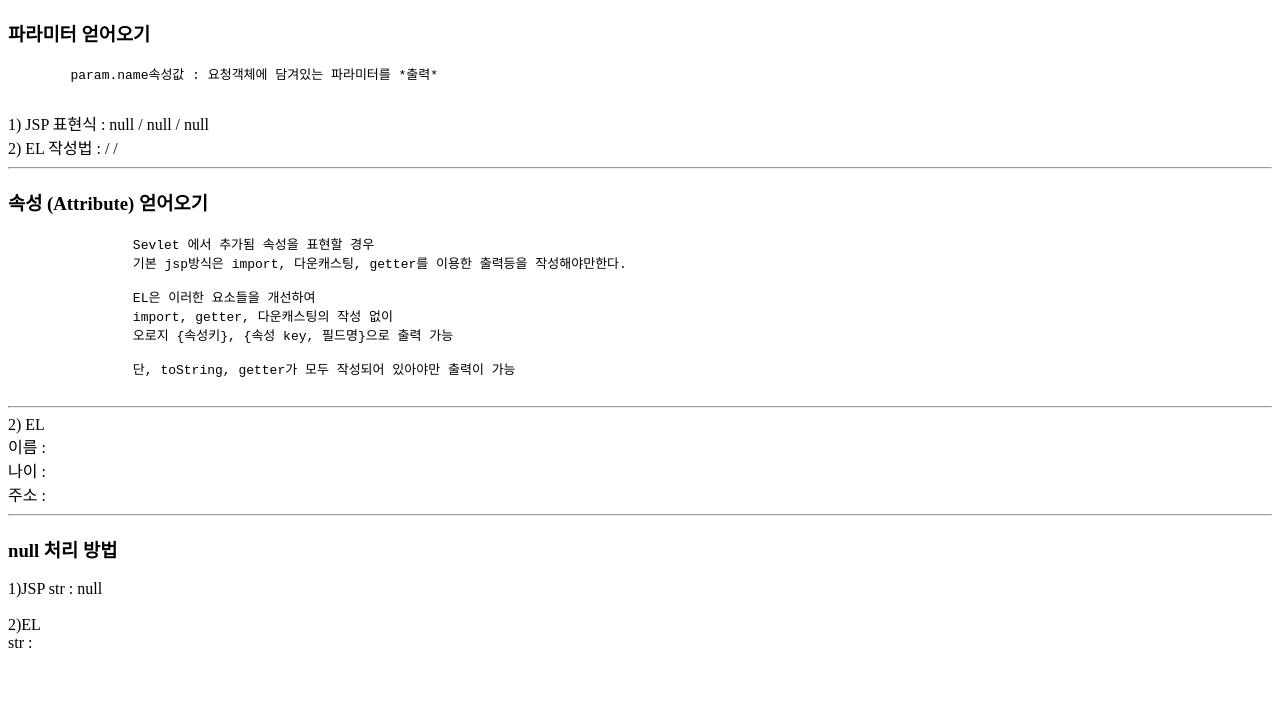
Repository: Seenee-Shin/servlet-jsp
Page: http://localhost/JSPProject/WEB-INF/views/EL/result.jsp
An editor plug-in stored every save of this project. The page is shown before and after the next save, followed by the edit.
The browser window is 1280 px wide. The pictures show the whole page.
The page is served by Tomcat 9. Nobody is signed in. Other server files are loaded and not shown. The template is opened directly, without the code that normally fills it, so the values that code supplies are empty.

Above is the page before, as saved 2021-11-29 07:06:21.

### JSPProject/src/main/webapp/WEB-INF/views/EL/result.jsp
<%@ page language="java" contentType="text/html; charset=UTF-8"
    pageEncoding="UTF-8"%>
 <!-- 페이지 지시자 -->
<%-- <%@page import="edu.kh.jsp.model.vo.Person"%> --%>
<!DOCTYPE html>
<html>
<head>
<meta charset="UTF-8">
<title>EL Result</title>
</head>
<body>
	<h3>파라미터 얻어오기 </h3>

	<pre>
	param.name속성값 : 요청객체에 담겨있는 파라미터를 *출력*
	</pre>

	1) JSP 표현식 :
	<%= request.getParameter("inputName") %> /
	<%= request.getParameter("inputAge") %> /
	<%= request.getParameter("inputAddr") %> <br>
	2) EL 작성법 :
	${param.inputName}/ ${param.inputAge} / ${param.inputAddr}

	<hr>

	<h3>속성 (Attribute) 얻어오기</h3>
	<pre>
		Sevlet 에서 추가됨 속성을 표현할 경우
		기본 jsp방식은 import, 다운캐스팅, getter를 이용한 출력등을 작성해야만한다.

		EL은 이러한 요소들을 개선하여
		import, getter, 다운캐스팅의 작성 없이
		오로지 {속성키}, {속성 key, 필드명}으로 출력 가능

		단, toString, getter가 모두 작성되어 있아야만 출력이 가능
	</pre>
<%-- 	1) JSP 표현식 <br>
	<!-- Obeject 자료형을 Person으로 다운캐스팅 -->
	<% Person person = (Person)request.getAttribute("person");%>
	<%= person.toString() %> <br>
	이름 : <%= person.getName() %> <br>
	나이 : <%= person.getAge() %> <br>
	주소 : <%= person.getAddr() %> <br>
--%>

	<hr>
	2) EL
	${person} <br>
	이름 : ${person.name} <br>
	나이 : ${person.age} <br>
	주소 : ${person.addr}<br>

	<hr>
	<h3>null 처리 방법</h3>
	1)JSP
	<% String str = request.getParameter("str"); %>
	str : <%= str %>

	<br> <br>

	2)EL <br>
	str : ${param.str}

</body>
</html>

After the next save:
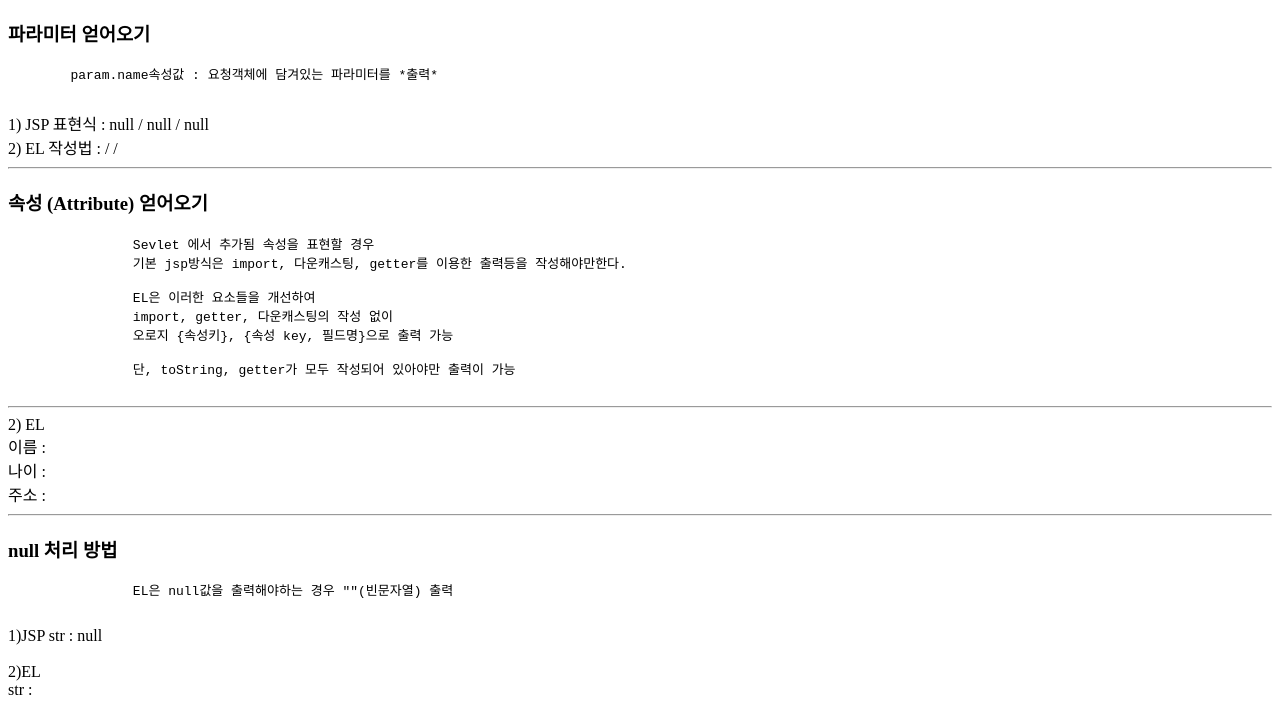
Saved 85 s later.
--- a/JSPProject/src/main/webapp/WEB-INF/views/EL/result.jsp
+++ b/JSPProject/src/main/webapp/WEB-INF/views/EL/result.jsp
@@ -53,6 +53,9 @@
 
 	<hr>
 	<h3>null 처리 방법</h3>
+	<pre>
+		EL은 null값을 출력해야하는 경우 ""(빈문자열) 출력
+	</pre>
 	1)JSP
 	<% String str = request.getParameter("str"); %>
 	str : <%= str %>
